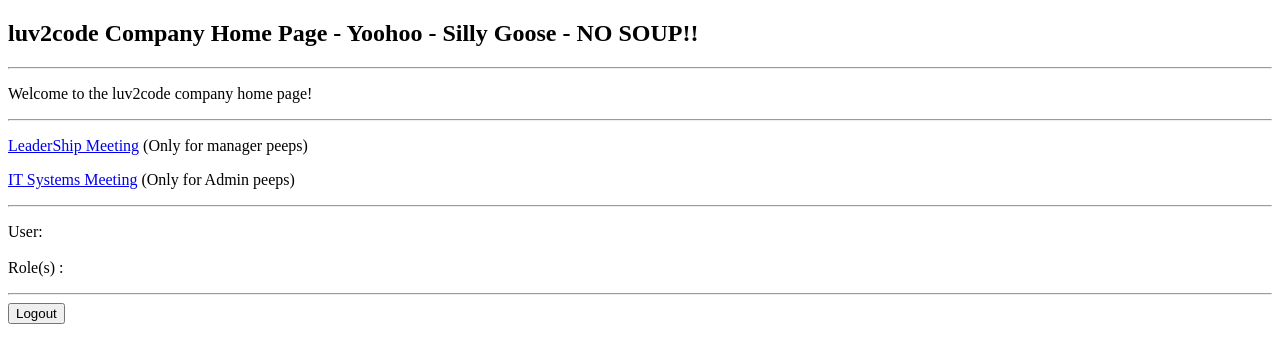
Repository: shinjuno123/spring-security
Page: http://localhost/spring-security-demo-07-user-roles/WEB-INF/view/home.jsp
An editor plug-in stored every save of this project. The page is shown before and after the next save, followed by the edit.
The browser window is 1280 px wide. The pictures show the whole page.
The page is served by Tomcat 9. Nobody is signed in. Other server files are loaded and not shown. The template is opened directly, without the code that normally fills it, so the values that code supplies are empty.

Above is the page before, as saved 2023-01-12 10:29:56.

### spring-security-demo-07-user-roles/src/main/webapp/WEB-INF/view/home.jsp
<%@ taglib prefix="form" uri="http://www.springframework.org/tags/form"%>
<%@ taglib prefix="security" uri="http://www.springframework.org/security/tags"%>

<!DOCTYPE html>
<html>
<head>
	<title>luv2code Company Home Page</title>
</head>
<body>
	<h2>luv2code Company Home Page - Yoohoo - Silly Goose - NO SOUP!!</h2>
	<hr>

	<p>
	Welcome to the luv2code company home page!
	</p>

	<hr>

	<!-- Add a link to point to /leaders ... this is for the managers -->

	<p>
		<a href="${pageContext.request.contextPath}/leaders">LeaderShip Meeting</a>
		(Only for manager peeps)
	</p>

	<!-- Add a link to point to /systems ... this is for the admins -->
	<p>
		<a href="${pageContext.request.contextPath}/systems">IT Systems Meeting</a>
		(Only for Admin peeps)
	</p>

	<hr>

	<!-- display user name and role -->
	<p>
		User: <security:authentication property="principal.username"/>
		<br><br>
		Role(s) : <security:authentication property="principal.authorities"/>
	</p>

	<hr>

	<!-- Add a logout button -->
	<form:form action="${pageContext.request.contextPath}/logout" method="POST">
		<input type="submit" value="Logout" />
	</form:form>

</body>
</html>

After the next save:
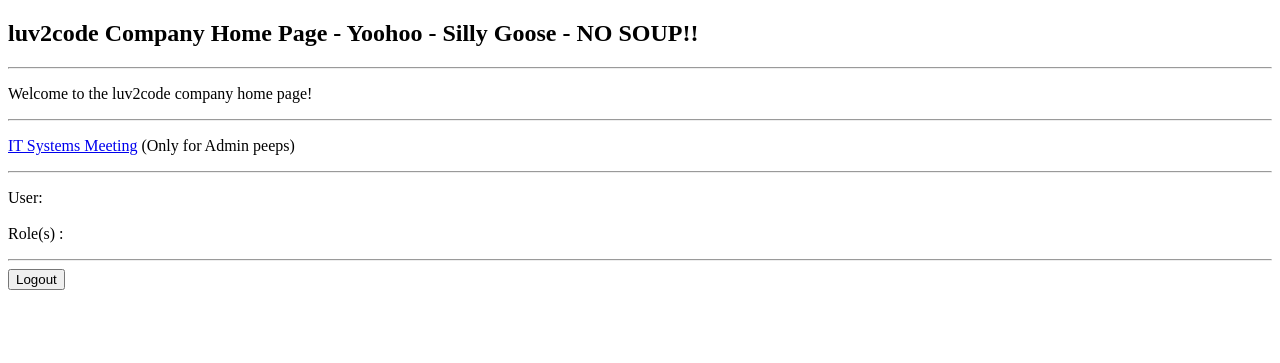
Saved 16 min 46 s later.
--- a/spring-security-demo-07-user-roles/src/main/webapp/WEB-INF/view/home.jsp
+++ b/spring-security-demo-07-user-roles/src/main/webapp/WEB-INF/view/home.jsp
@@ -16,12 +16,15 @@
 
 	<hr>
 
+	<security:authorize>
+
 	<!-- Add a link to point to /leaders ... this is for the managers -->
-
 	<p>
 		<a href="${pageContext.request.contextPath}/leaders">LeaderShip Meeting</a>
 		(Only for manager peeps)
 	</p>
+
+	</security:authorize>
 
 	<!-- Add a link to point to /systems ... this is for the admins -->
 	<p>
